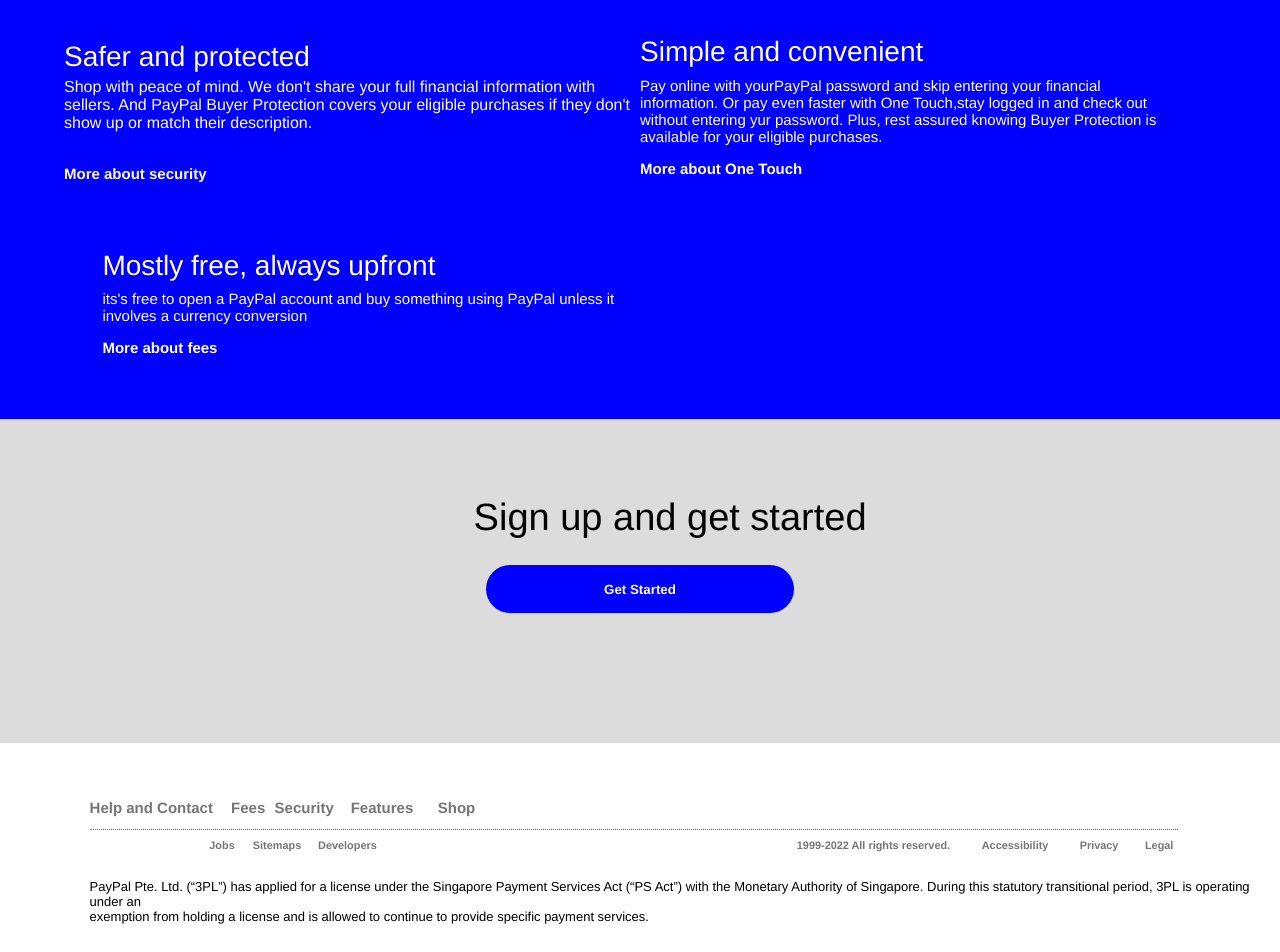
Repository: Jayeola3/Paypal
Page: ppal.html
These files come from the project's save history. The page is drawn as it stood at one moment and after the next save; the edit follows.
The browser window is 1280 px wide. The pictures show the part of the page from y = 1741 to 2693 px (the page is 2693 px tall).
A picture or video elsewhere on the page could not be fetched, so the positions and the page height are approximate. Some web libraries are served in a nearby version.

Above is the page before, as saved 2022-06-21 04:37:20.

After the next save:
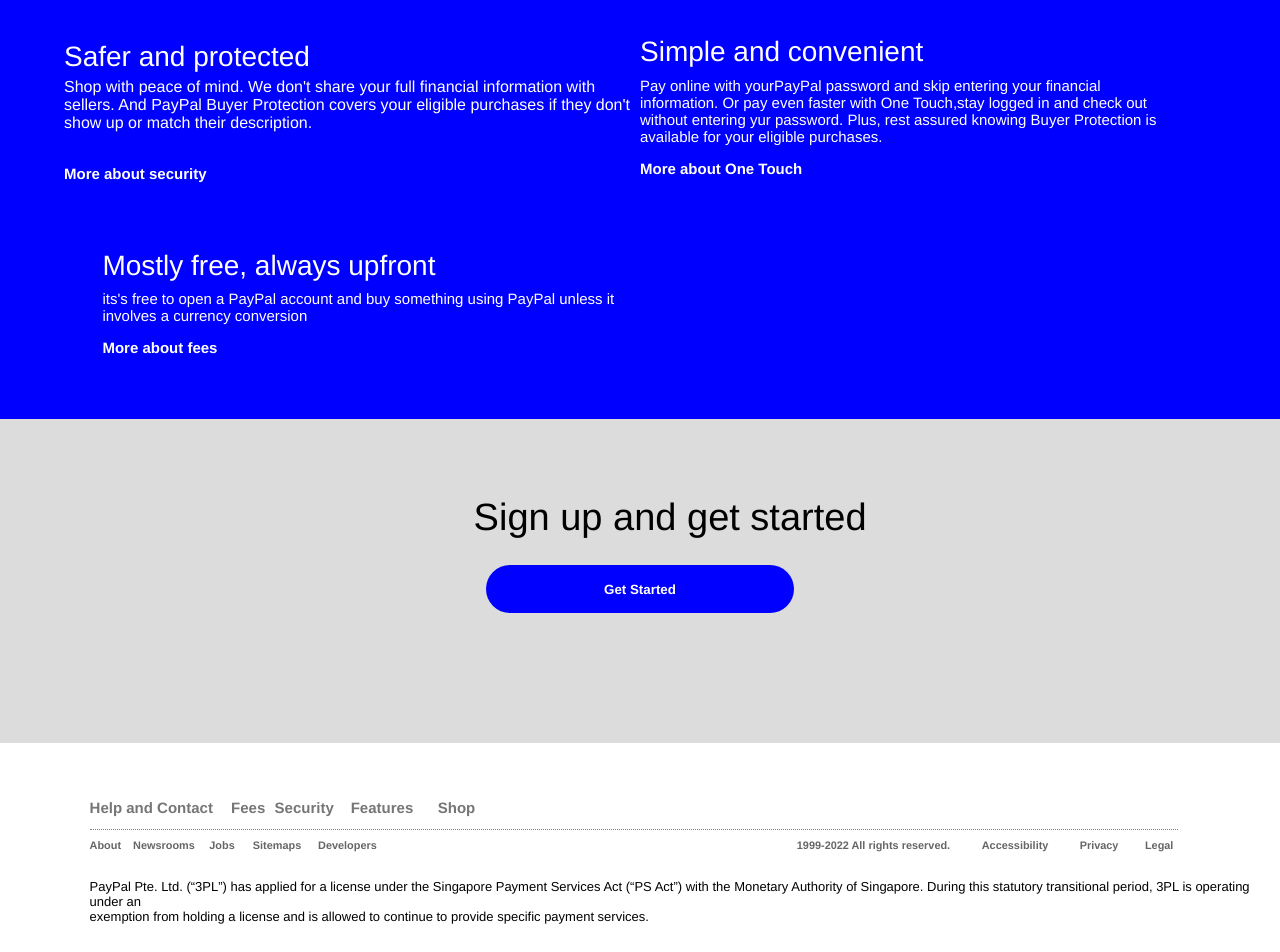
Saved 2 min 22 s later.
--- a/pay.css
+++ b/pay.css
@@ -520,75 +520,75 @@
 
 }
 .bin{
-
+    color: #666666;
 }
 .bin:hover{
-
+    color: #666666;
 }
 .won{
     position: absolute;
     left: 4%;
-
+    color: #666666;
 }
 .won:hover{
-
+    color: #666666;
 }
 .gon{
     position: absolute;
     left: 11%;
-    color: #767676;
+    color: #666666;
 }
 .gon:hover{
-    color: #767676;
+    color: #666666;
 }
 .son{
     position: absolute;
     left: 15%;
-    color: #767676;
+    color: #666666;
 }
 .son:hover{
-    color: #767676;
+    color: #666666;
 }
 .qon{
     position: absolute;
     left: 21%;
-    color: #767676;
+    color: #666666;
 }
 .qon:hover{
-    color: #767676;
+    color: #666666;
 }
 .rights{
     position: absolute;
     left: 65%;
-    color: #767676;
+    color: #666666;
 }
 .rights:hover{
-    color: #767676;
+    color: #666666;
     text-decoration: none;
 }
 .access{
     position: absolute;
     left: 82%;
-    color: #767676;
+    color: #666666;
 }
 .access:hover{
-    color: #767676;
+    color: #666666;
 }
 .privacy{
     position: absolute;
     left: 91%;
-    color: #767676;
+    color: #666666;
 }
 .privacy:hover{
-    color: #767676;
+    color: #666666;
 }
 .legal{
     position: absolute;
     left: 97%;
-    color: #767676;
+    color: #666666;
 }
 .legal:hover{
-    color: #767676;
+    color: #666666;
 }
 .limited{
     position: absolute;
